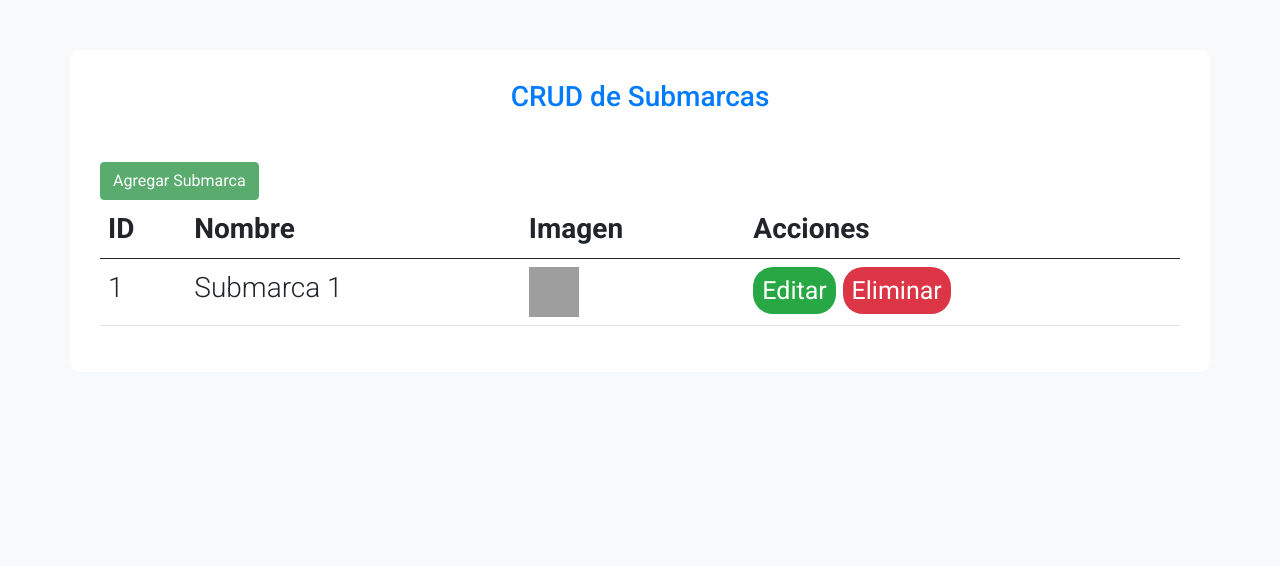
Repository: Yaqode/front-fama
Page: http://localhost/multimedia/Views/marcas.php
These files come from the project's save history. The page is drawn as it stood at one moment and after the next save; the edit follows.
The browser window is 1280 px wide. The pictures show the whole page.
Pictures or frames that could not be fetched are drawn as grey boxes. The page is run by PHP 8.4 with error messages shown; the project is at /var/www/html/.

Above is the page before, as saved 2023-12-06 21:42:37.

After the next save:
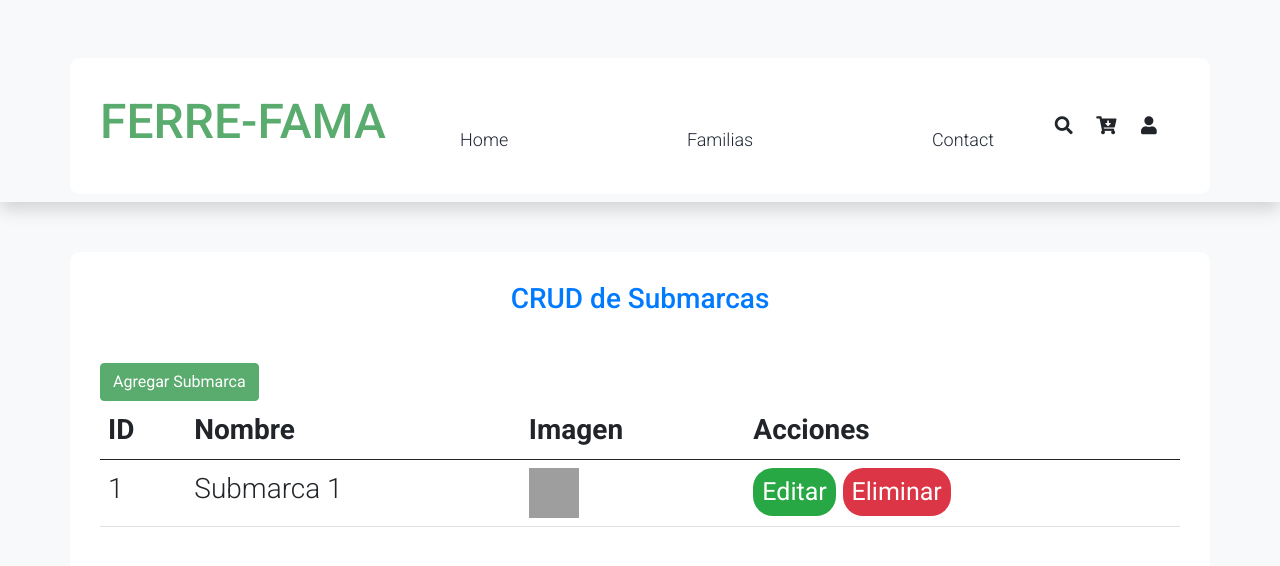
Saved 17 s later.
--- a/Views/marcas.php
+++ b/Views/marcas.php
@@ -61,6 +61,66 @@
 </style>
 
 <body>
+
+
+    <!-- Header -->
+    <nav class="navbar navbar-expand-lg navbar-light shadow">
+        <div class="container d-flex justify-content-between align-items-center">
+
+            <a class="navbar-brand text-success logo h1 align-self-center" href="index.html">
+                FERRE-FAMA
+            </a>
+
+            <button class="navbar-toggler border-0" type="button" data-bs-toggle="collapse"
+                data-bs-target="#templatemo_main_nav" aria-controls="navbarSupportedContent" aria-expanded="false"
+                aria-label="Toggle navigation">
+                <span class="navbar-toggler-icon"></span>
+            </button>
+
+            <div class="align-self-center collapse navbar-collapse flex-fill  d-lg-flex justify-content-lg-between"
+                id="templatemo_main_nav">
+                <div class="flex-fill">
+                    <ul class="nav navbar-nav d-flex justify-content-between mx-lg-auto">
+                        <li class="nav-item">
+                            <a class="nav-link" href="">Home</a>
+                        </li>
+                        <li class="nav-item">
+                            <a class="nav-link" href="">Familias</a>
+                        </li>
+                        <li class="nav-item">
+                            <a class="nav-link" href="">Contact</a>
+                        </li>
+                    </ul>
+                </div>
+                <div class="navbar align-self-center d-flex">
+                    <div class="d-lg-none flex-sm-fill mt-3 mb-4 col-7 col-sm-auto pr-3">
+                        <div class="input-group">
+                            <input type="text" class="form-control" id="inputMobileSearch" placeholder="Search ...">
+                            <div class="input-group-text">
+                                <i class="fa fa-fw fa-search"></i>
+                            </div>
+                        </div>
+                    </div>
+                    <a class="nav-icon d-none d-lg-inline" href="#" data-bs-toggle="modal"
+                        data-bs-target="#templatemo_search">
+                        <i class="fa fa-fw fa-search text-dark mr-2"></i>
+                    </a>
+                    <a class="nav-icon position-relative text-decoration-none" href="">
+                        <i class="fa fa-fw fa-cart-arrow-down text-dark mr-1"></i>
+                        <span
+                            class="position-absolute top-0 left-100 translate-middle badge rounded-pill bg-light text-dark"></span>
+                    </a>
+                    <a class="nav-icon position-relative text-decoration-none" href="Views/login.php">
+                        <i class="fa fa-fw fa-user text-dark mr-3"></i>
+                        <span
+                            class="position-absolute top-0 left-100 translate-middle badge rounded-pill bg-light text-dark"></span>
+                    </a>
+                </div>
+            </div>
+        </div>
+    </nav>
+    <!-- Close Header -->
+
 
 
     <div class="container">
